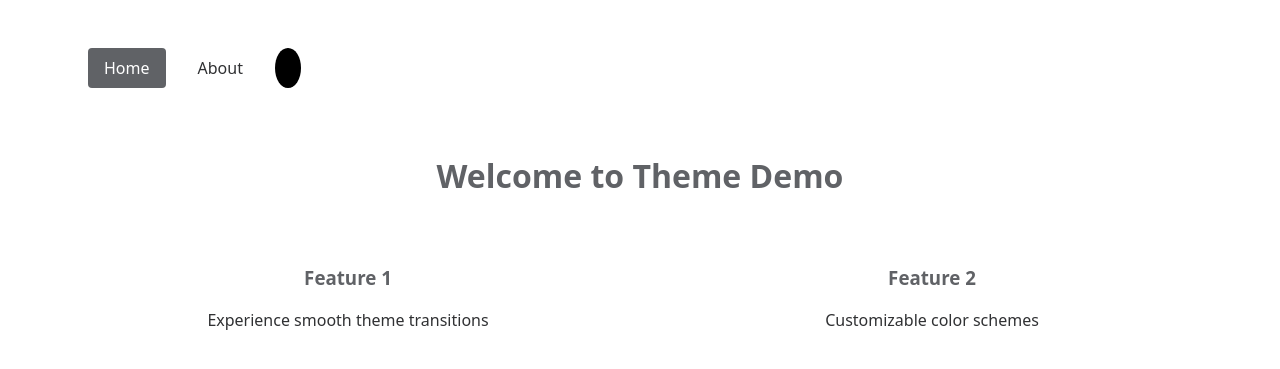
Repository: krislorem/multi
Page: /
The author's editor kept a copy of each file at every save. The page is drawn from the files as they stood at one save, then again after the next save.
The browser window is 1280 px wide. The pictures show the whole page.
The project was rebuilt for these pictures with package versions that can differ from the ones it lists, and the page was loaded fresh each time. Also part of the build but not shown: vite.config.ts.

Above is the page before, as saved 2025-02-12 20:25:31.

After the next save:
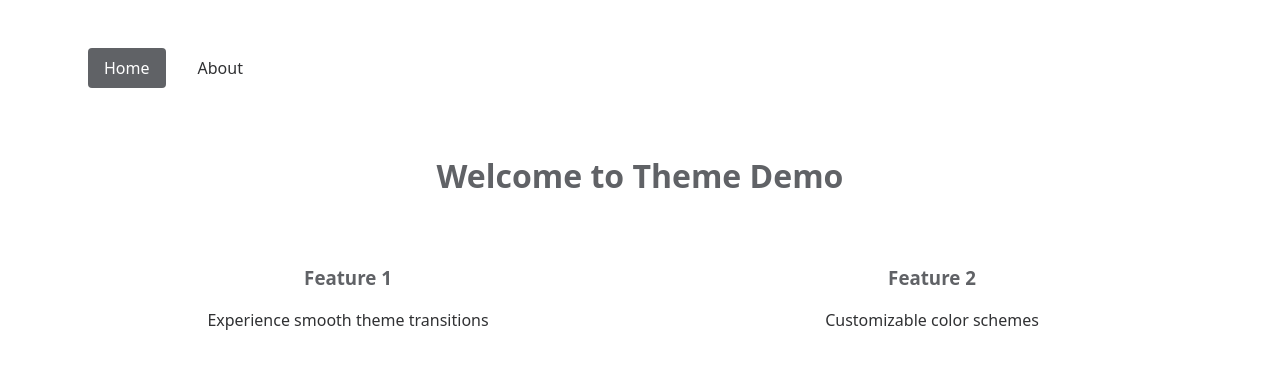
Saved 6 s later.
--- a/src/components/ThemeSwitcher.vue
+++ b/src/components/ThemeSwitcher.vue
@@ -90,7 +90,7 @@ onMounted(() => {
 
 <style lang="scss">
 .theme-switcher {
-  background: #000;
+  background: #fff;
   border: none;
   outline: none;
   padding: 0.8rem;
